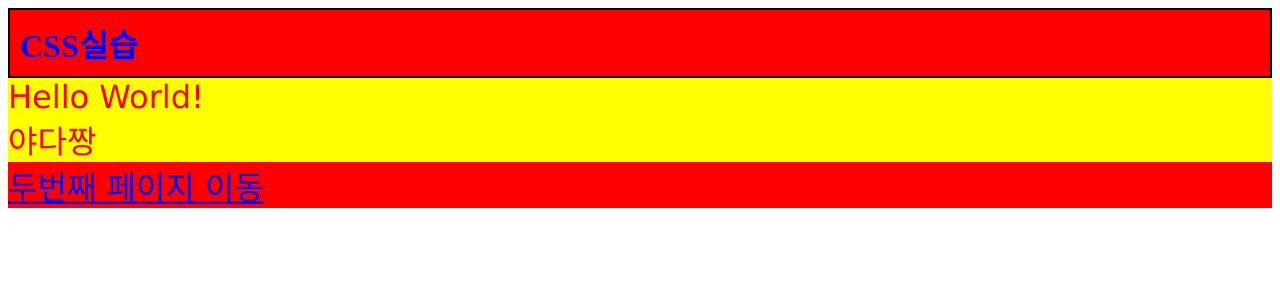
Repository: ashojm/WebWork
Page: Web/first.html
These files come from the project's save history. The page is drawn as it stood at one moment and after the next save; the edit follows.
The browser window is 1280 px wide. The pictures show the whole page.

Above is the page before, as saved 2015-11-12 16:37:04.

### Web/first.html
<!DOCTYPE html>
<html>
	<head>
		<meta charset="UTF-8">
		<link rel="stylesheet" href="css/base.css"/>
		<title>제목입니다.</title>
	</head>
	<body>
		<h1>CSS실습</h1>
		<p>
			Hello World!
		</p>
		<p id="test">
			야다짱
		</p>
		<p class="yada">
			<a href="second.html" target="">두번째 페이지 이동</a>

		</p>

	</body>
</html>

### Web/css/base.css
h1{color:#0000FF;font-family:serif;font-size:200%;background-color:red;border:2px solid black;padding:10px;margin:0 auto}
p {color:red;font-size:200%;font-family:Verdana;background-color:yellow;margin:0 auto}
p#yada {color:blue;background-color:red}
p.yada {color:black;background-color:red}
p#test{}

After the next save:
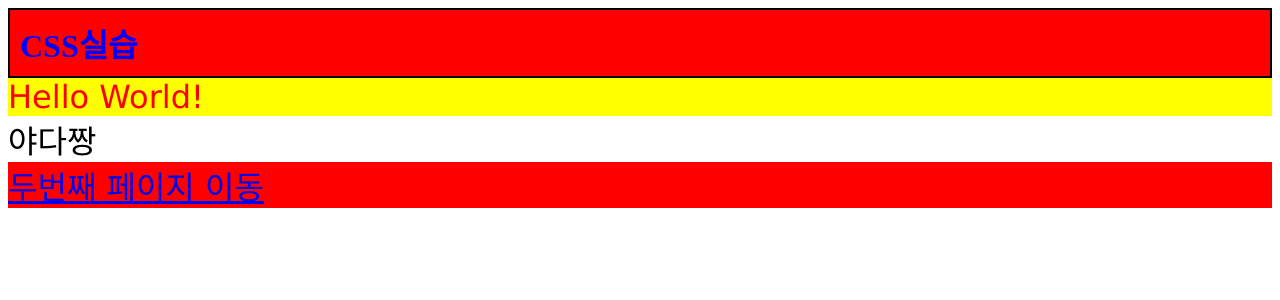
Saved 34 s later.
--- a/Web/css/base.css
+++ b/Web/css/base.css
@@ -2,4 +2,4 @@ h1{color:#0000FF;font-family:serif;font-size:200%;background-color:red;border:2p
 p {color:red;font-size:200%;font-family:Verdana;background-color:yellow;margin:0 auto}
 p#yada {color:blue;background-color:red}
 p.yada {color:black;background-color:red}
-p#test{}
+p#test{background-color:white;color:black}
